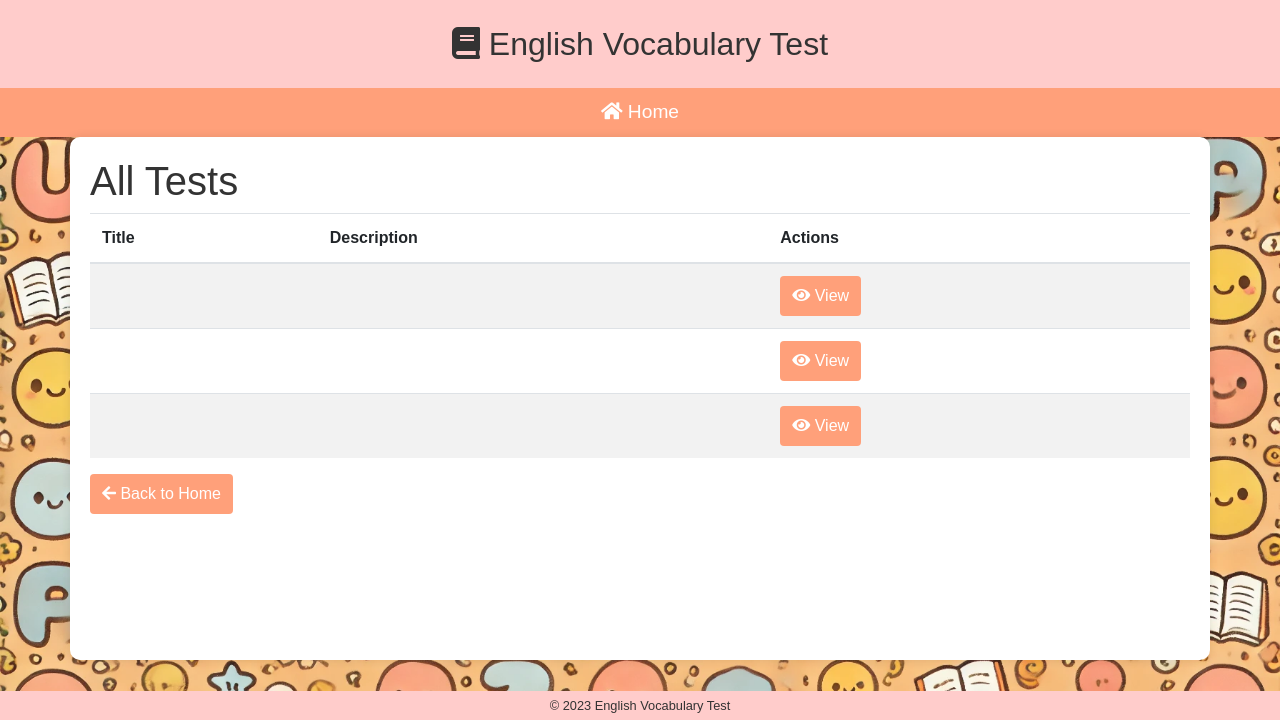
Repository: YamatoGH/testapp
Page: http://localhost/all-tests/
An editor plug-in stored every save of this project. The page is shown before and after the next save, followed by the edit.
The browser window is 1280 px wide. The pictures show the whole page.
The page is served by the project's application, run on Django 5.2 (manage.py). The page reads the database file committed with the project.

Above is the page before, as saved 2024-08-01 16:53:59.

After the next save:
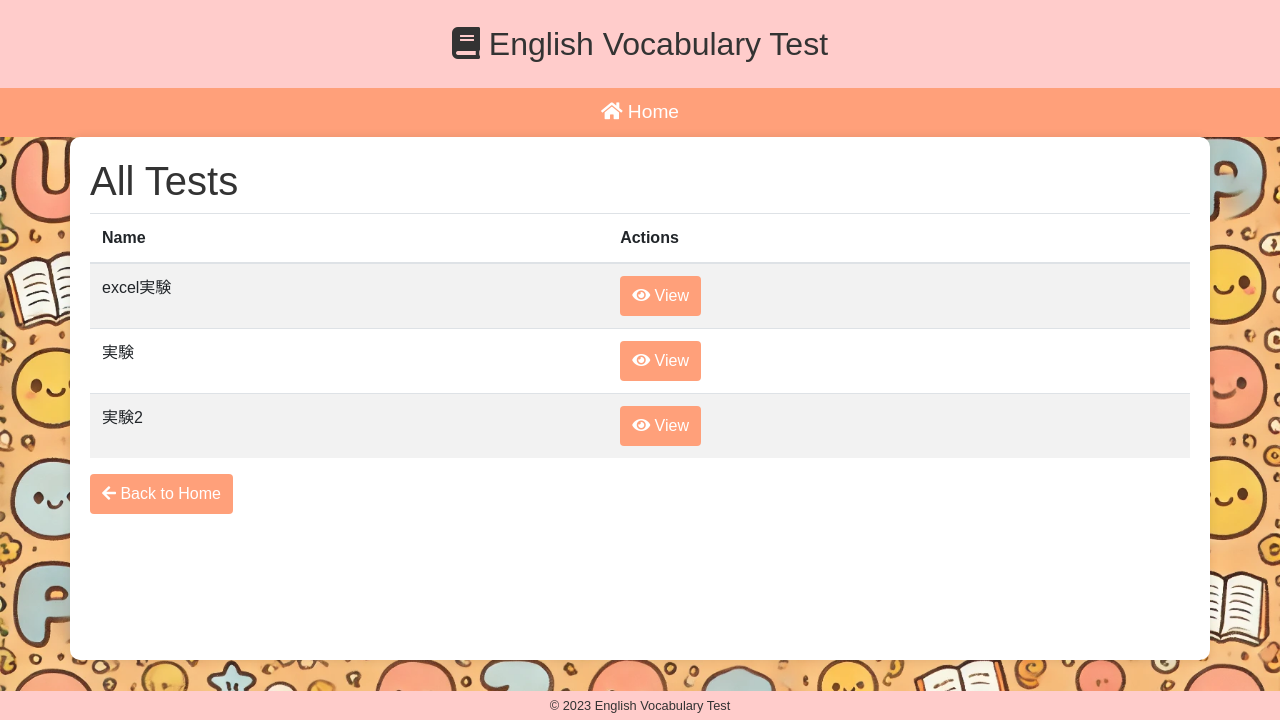
Saved 12 min 58 s later.
--- a/testapp/templates/testapp/all_tests.html
+++ b/testapp/templates/testapp/all_tests.html
@@ -7,16 +7,14 @@
 <table class="table table-striped table-hover">
     <thead>
         <tr>
-            <th>Title</th>
-            <th>Description</th>
+            <th>Name</th>
             <th>Actions</th>
         </tr>
     </thead>
     <tbody>
         {% for test in tests %}
         <tr>
-            <td>{{ test.title }}</td>
-            <td>{{ test.description }}</td>
+            <td>{{ test.name }}</td>
             <td><a href="{% url 'test_detail' test.id %}" class="btn btn-custom"><i class="fas fa-eye"></i> View</a></td>
         </tr>
         {% endfor %}
